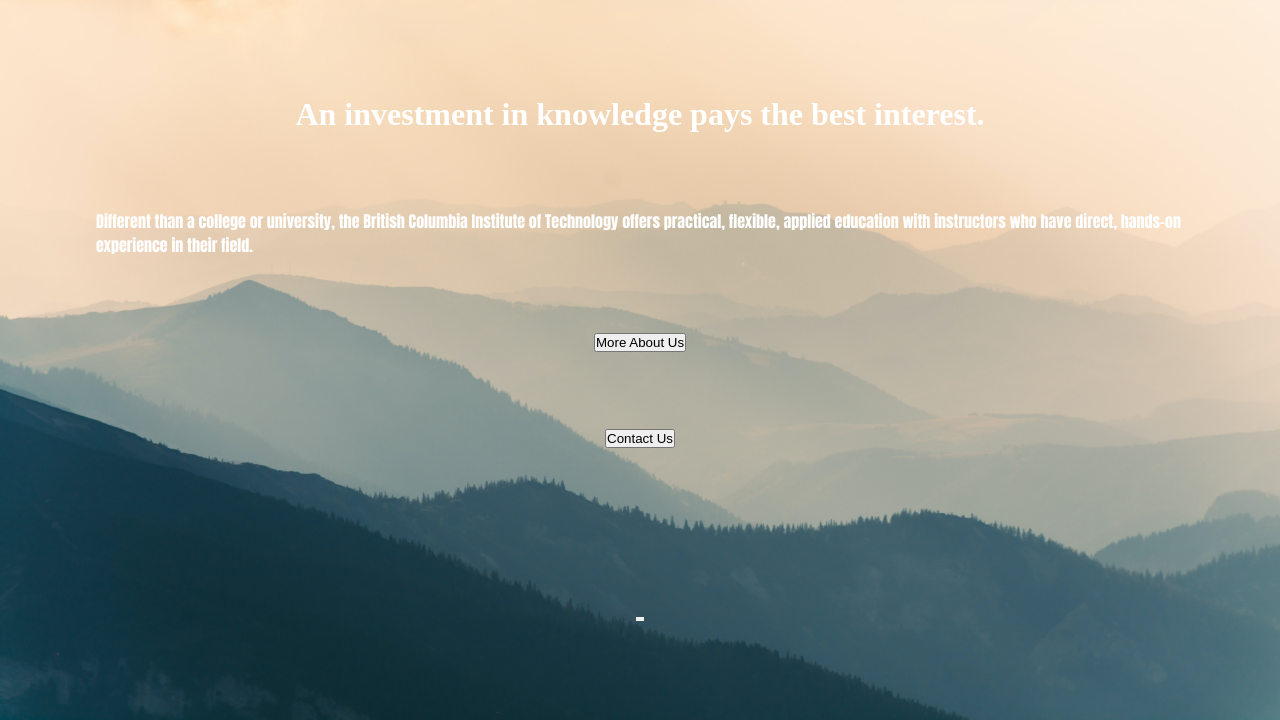
Repository: jennydmcm/assignment-1-playwright-site-A01338943
Page: /
These files come from the project's save history. The page is drawn as it stood at one moment and after the next save; the edit follows.
The browser window is 1280 px wide. The pictures show the whole page.
The project was rebuilt for these pictures with package versions that can differ from the ones it lists, and the page was loaded fresh each time. The framework's server and built-in components were replaced by stand-ins that run in the browser. Also part of the build but not shown: next.config.js.

Above is the page before, as saved 2023-02-08 09:00:31.

### pages/_app.js
import '../styles/globals.css'
import '../styles/variables.css'

function MyApp({ Component, pageProps }) {
  return <Component {...pageProps} />
}

export default MyApp

### pages/index.js
import Head from 'next/head'
import Image from 'next/image'
import { Inter } from '@next/font/google'
import styles from '@/styles/home.module.css'
import Link from 'next/link'
import { useRouter } from 'next/router'
import Bg from 'public/background-images/backgroundMountain.jpg'
import downArrow from 'public/icons/downwardArrow.png'
import upArrow from 'public/icons/upwardArrow.png'


const inter = Inter({ subsets: ['latin'] })

export default function Home() {
  const router = useRouter()
  return (
    <>
      <Head>
        <title>{'Home'}</title>
        <meta name="description" content="Generated by create next app" />
        <meta name="viewport" content="width=device-width, initial-scale=1" />
        <meta name="author" content={'MDIA 2109'} />
        <meta property='og:title' content={'Assignment #1 - Home Page'} />
        <meta property='og:description' content={'BCIT Digital Design and Development Diploma'} />
        <link rel="icon" href="/favicon.png" />
      </Head>
      <main className={styles.main}>
        <h1 className={styles.header}>{'An investment in knowledge pays the best interest.'}</h1>
        <p className={styles.subhead}>{'Different than a college or university, the British Columbia Institute of Technology offers practical, flexible, applied education with instructors who have direct, hands-on experience in their field.'}</p>
        <button className={styles.aboutbtn} type='button' onClick={() => router.push('/about')}>More About Us</button>
        <button className={styles.contactbtn}type='button' onClick={() => router.push('/contact')}>Contact Us</button>
        <Image src={Bg} fill
        style={{
          zIndex: -1
        }}
      />
        <a>

         </a>
         <a>
          <span>
           <button type='button' src={upArrow}></button>
          <button type='button' src={downArrow}></button>
          </span>
        </a>
      </main>
    </>
  )
}

### styles/variables.css
:root{
    --primary-color: #fff;
    --secondary-color: #f4d6b9;
    --ternary-color: #14343d;
    --quaternary-color: #14343d;
    --quinary-color: rgba(16,46,53,0.5);

}

### styles/Home.module.css
.main {
  display: flex;
  flex-direction: column;
  justify-content: space-between;
  align-items: center;
  padding: 6rem;
  min-height: 100vh;
  font-family: Impact, Haettenschweiler, 'Arial Narrow Bold', sans-serif;

}
.header{
  color: var(--primary-color);
  font-family: 'latin';
}
.subhead{
  color: var(--primary-color);
}

Loaded but not shown: pages/_document.js (common file); styles/globals.css (common file)

After the next save:
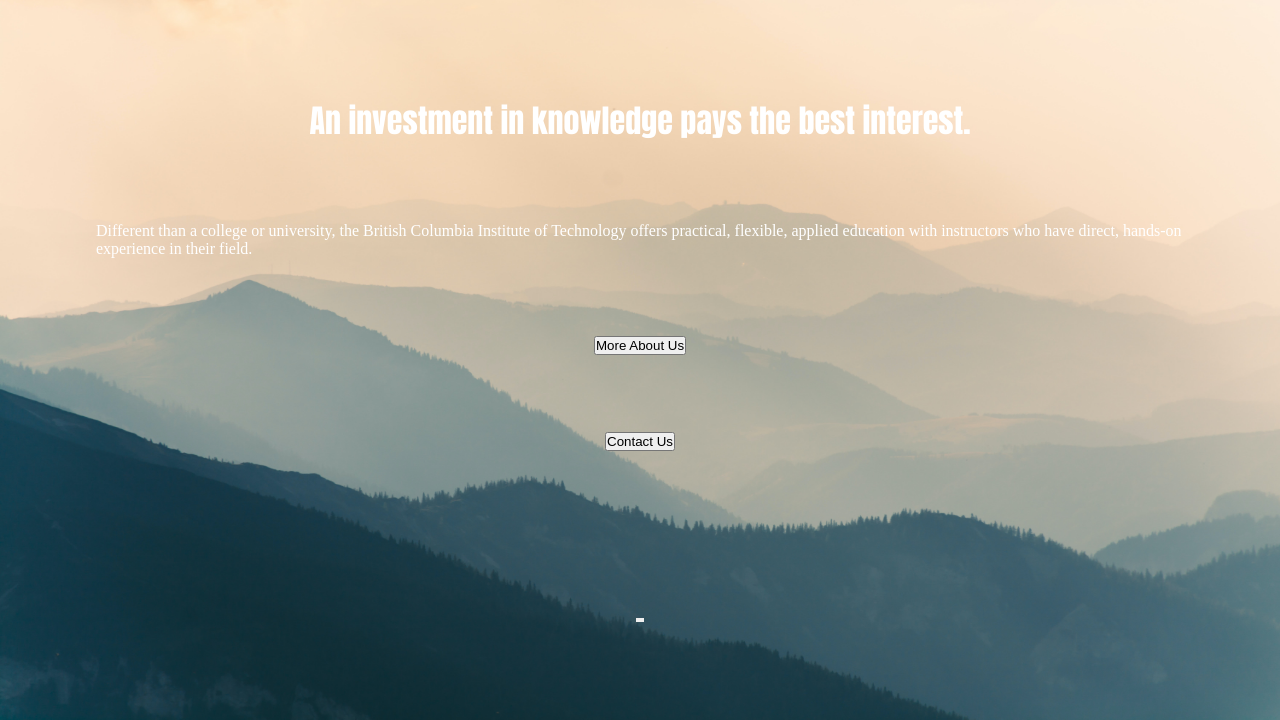
Saved 14 s later.
--- a/styles/Home.module.css
+++ b/styles/Home.module.css
@@ -5,12 +5,12 @@
   align-items: center;
   padding: 6rem;
   min-height: 100vh;
-  font-family: Impact, Haettenschweiler, 'Arial Narrow Bold', sans-serif;
+
 
 }
 .header{
   color: var(--primary-color);
-  font-family: 'latin';
+  font-family: Impact, Haettenschweiler, 'Arial Narrow Bold', sans-serif;
 }
 .subhead{
   color: var(--primary-color);
